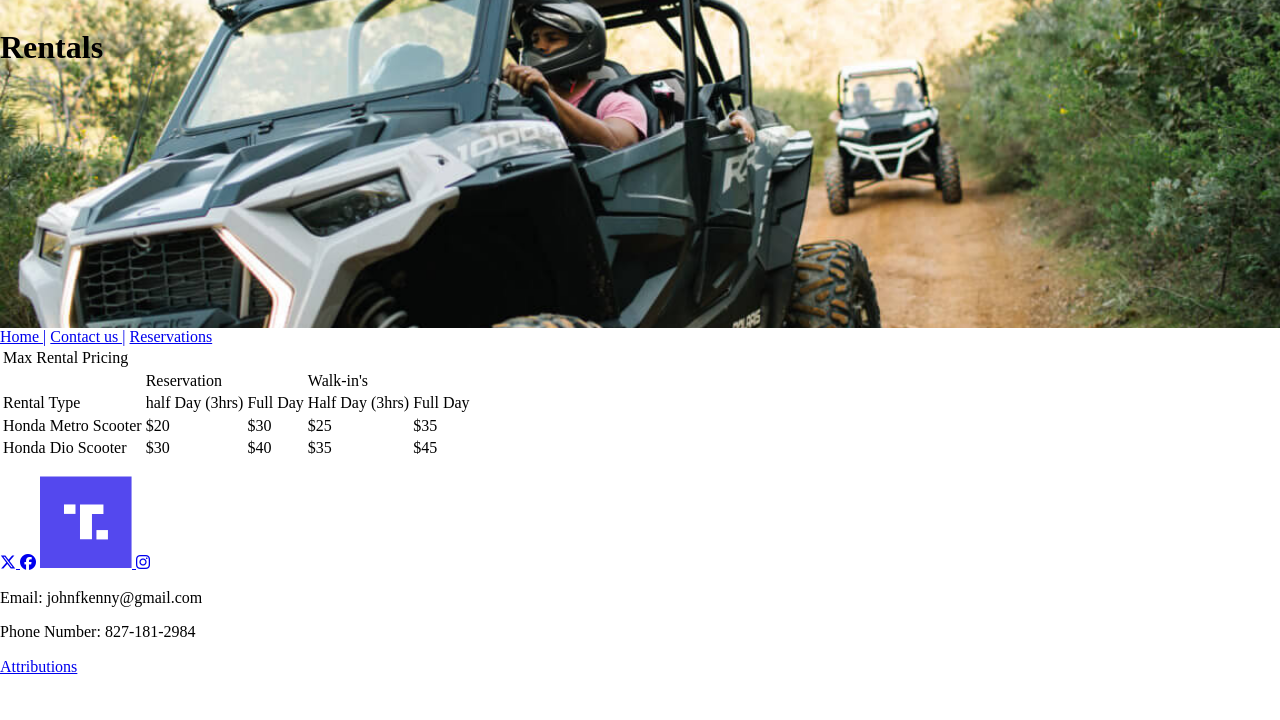
Repository: nak97/WDD230
Page: scoots/rentals-page/rentals-page.html
An editor plug-in stored every save of this project. The page is shown before and after the next save, followed by the edit.
The browser window is 1280 px wide. The pictures show the whole page.
Some web libraries are served in a nearby version.

Above is the page before, as saved 2023-12-11 13:35:14.
Console error: TypeError: Cannot set properties of null (setting 'innerText')

After the next save:
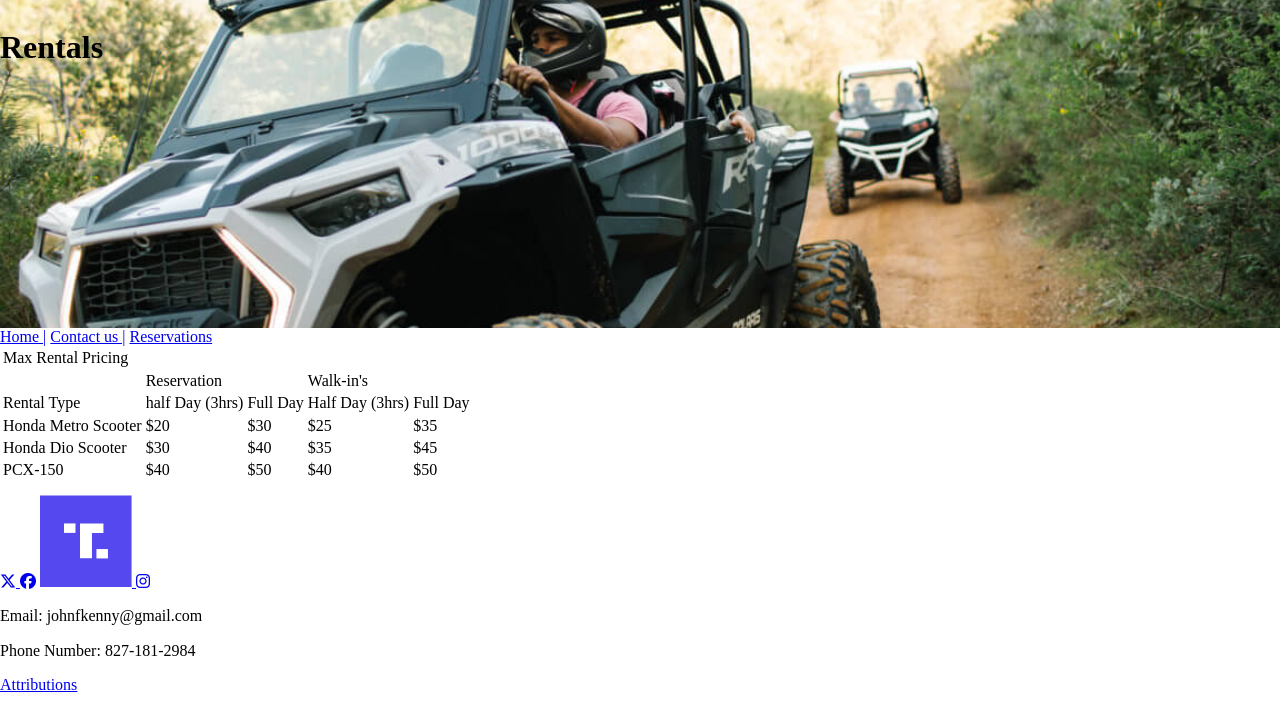
The error is gone.
Saved 26 s later.
--- a/scoots/rentals-page/rentals-page.html
+++ b/scoots/rentals-page/rentals-page.html
@@ -60,12 +60,11 @@
           <td></td>
         </tr>
         <tr>
-          <td></td>
-          <td></td>
-          <td></td>
-          <td></td>
-          <td></td>
-          <td></td>
+          <td>PCX-150</td>
+          <td> <span id="pcx-h-r"></span></td>
+          <td> <span id="pcx-f-r"></span></td>
+          <td> <span id="pcx-h-w"></span></td>
+          <td> <span id="pcx-f-w"></span></td>
         </tr>
         <tr>
           <td></td>
